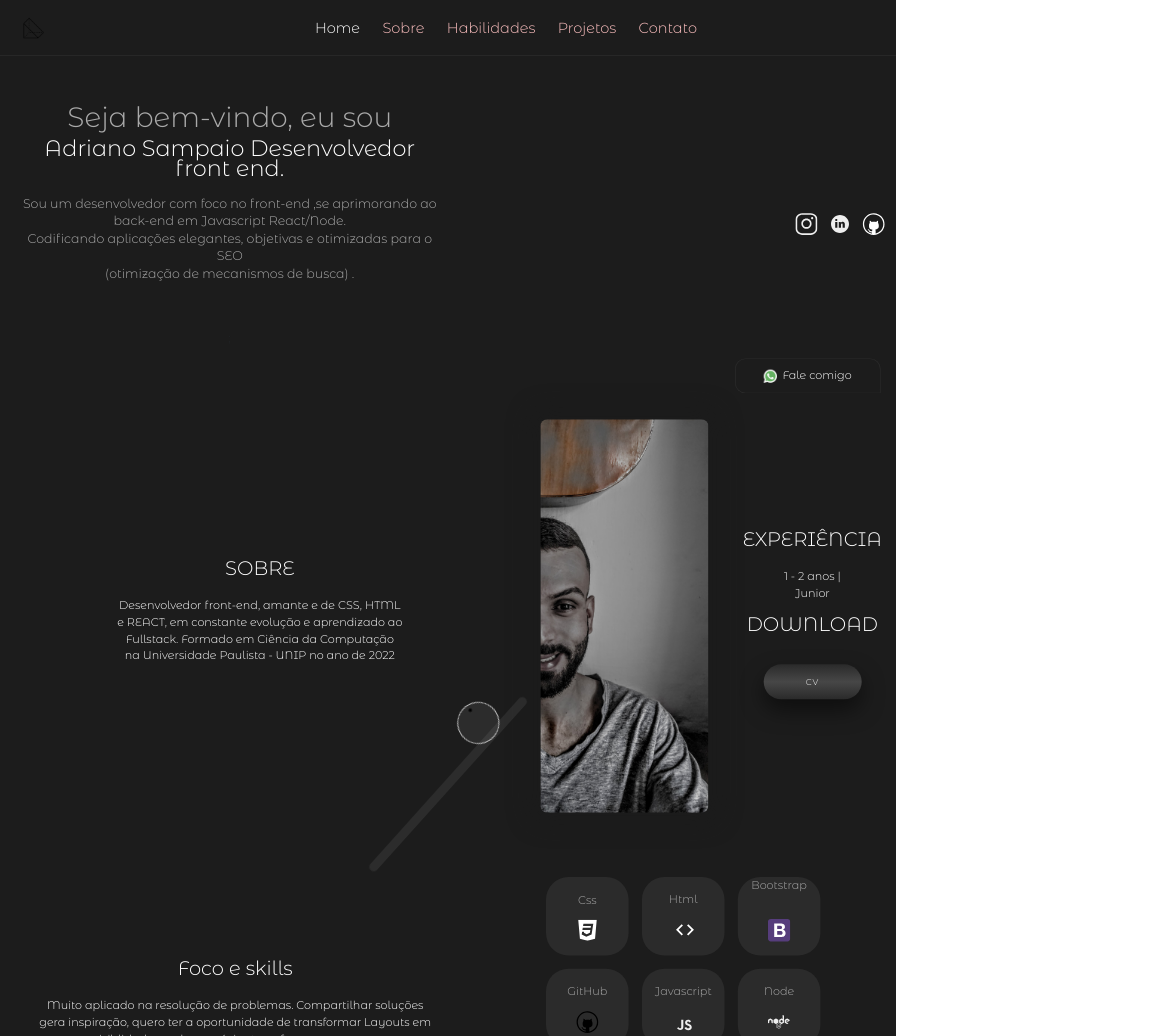
Repository: adrianodisam/NovoPortifolio
Page: /
The author's editor kept a copy of each file at every save. The page is drawn from the files as they stood at one save, then again after the next save.
The browser window is 1280 px wide. The page is 1280 px wide, then 1651 px, then 1280 px, so the pictures cover 1651 px, including what lies to the right of the window. The pictures show the part of the page from y = 0 to 1480 px (the page is 3024 px tall), at 70% of full size.
The project was rebuilt for these pictures with package versions that can differ from the ones it lists, and the page was loaded fresh each time. Imported but missing from the stored project, and not drawn on this page: src/componentes/Download/Adriano.pdf.

Above is the page before, as saved 2024-11-02 16:34:37.

After the next save:
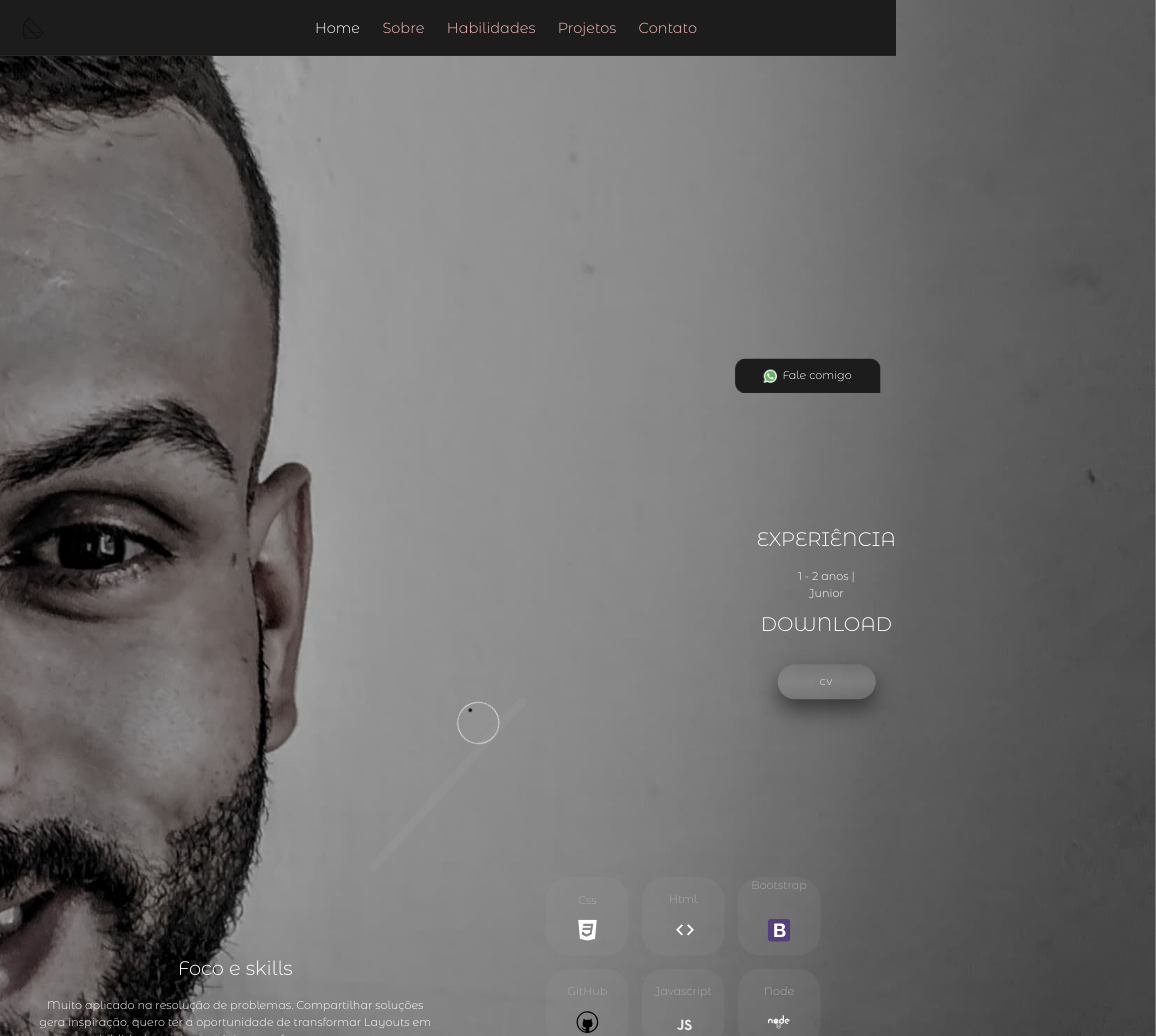
Saved 32 s later.
--- a/src/componentes/FotoSobre/FotoSobre.module.css
+++ b/src/componentes/FotoSobre/FotoSobre.module.css
@@ -6,17 +6,16 @@
   /* border: solid 4px var(--CorBorda); */
   /* border-radius: 50%; */
   /* background: hsla(0, 0%, 67%, 0.1); */
+  border-radius: 10px; /* Raio para bordas arredondadas */
+  box-shadow: 0 0 30px 15px rgba(28, 28, 28, 0.8); /* Sombra esfumaçada */
 
-  background: radial-gradient(circle, transparent, #1c1c1c 70%);
-}
 
 .Container img {
   display: flex;
   width: 15rem;
   transition: all 0.4s;
   object-fit: cover;
-  border-radius: 10px; /* Raio para bordas arredondadas */
-  box-shadow: 0 0 30px 15px rgba(28, 28, 28, 0.8); /* Sombra esfumaçada */
+
 }
 
 

After the save that followed:
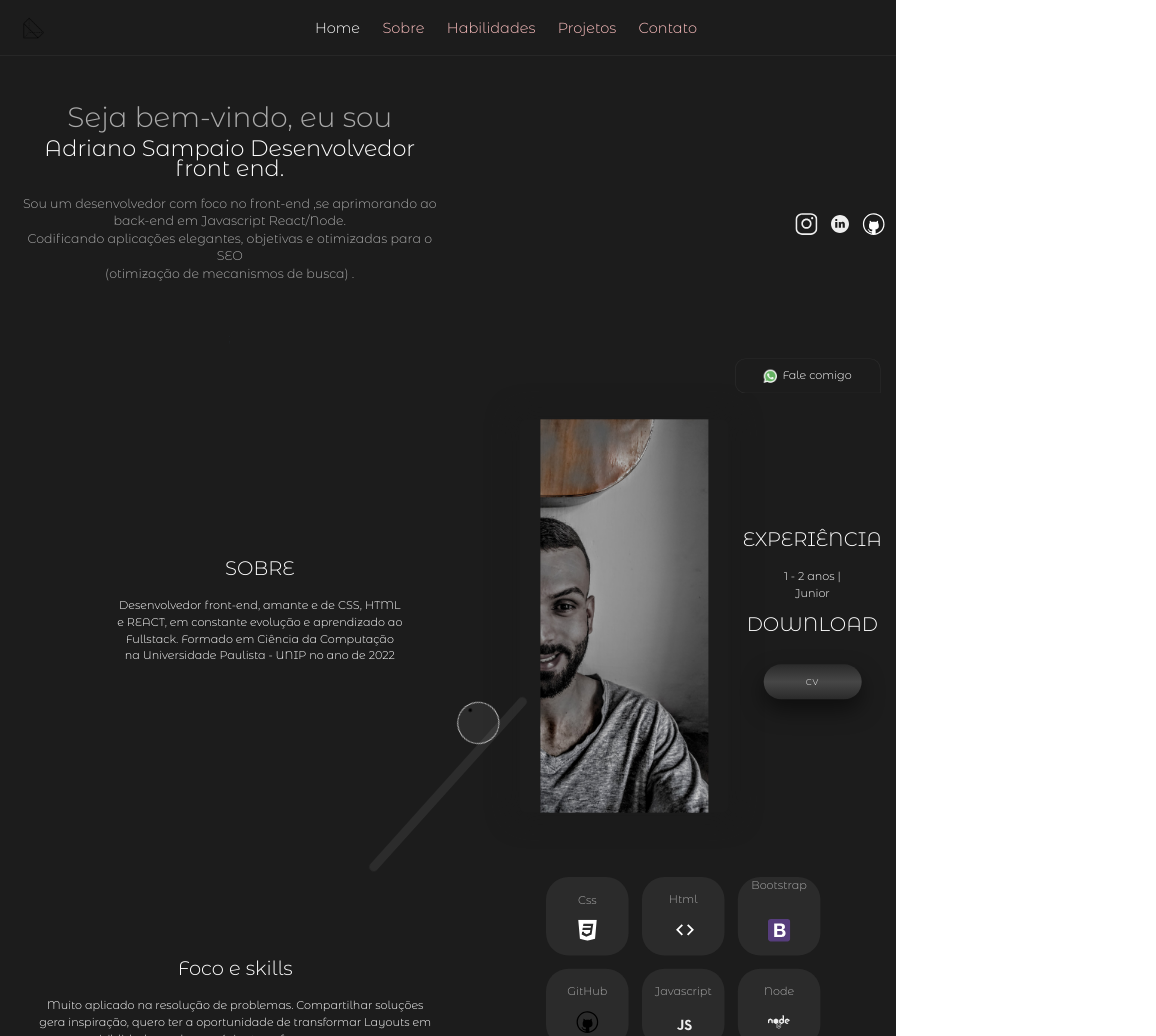
Saved 8 s later.
--- a/src/componentes/FotoSobre/FotoSobre.module.css
+++ b/src/componentes/FotoSobre/FotoSobre.module.css
@@ -8,7 +8,7 @@
   /* background: hsla(0, 0%, 67%, 0.1); */
   border-radius: 10px; /* Raio para bordas arredondadas */
   box-shadow: 0 0 30px 15px rgba(28, 28, 28, 0.8); /* Sombra esfumaçada */
-
+}
 
 .Container img {
   display: flex;
